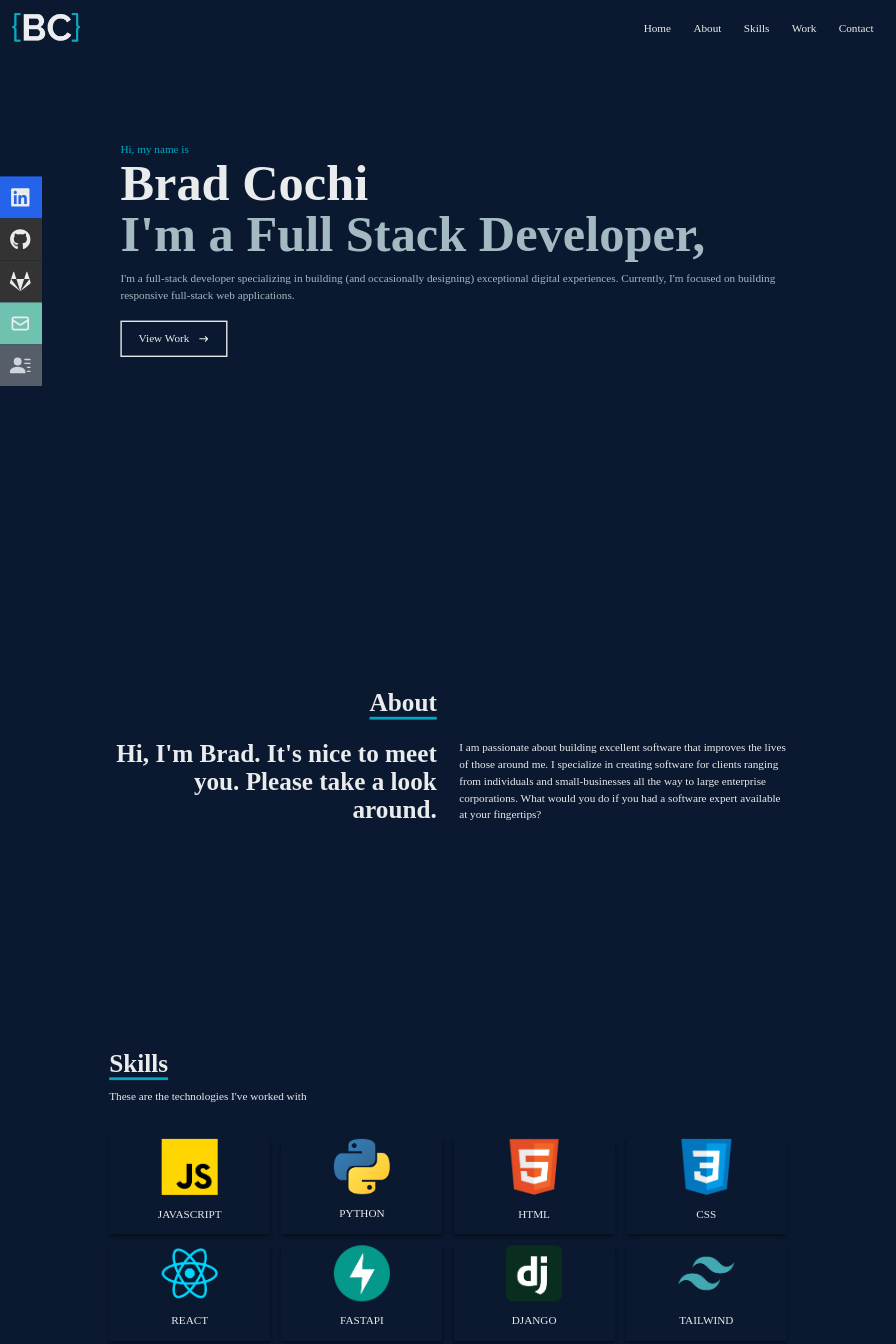
Repository: saramargulies/margulies-portfolio
Page: /
An editor plug-in stored every save of this project. The page is shown before and after the next save, followed by the edit.
The browser window is 1280 px wide. The pictures show the part of the page from y = 0 to 1920 px (the page is 3600 px tall), at 70% of full size.
The project was rebuilt for these pictures with package versions that can differ from the ones it lists, and the page was loaded fresh each time.

Above is the page before, as saved 2023-12-05 12:32:17.

### public/index.html
<!DOCTYPE html>
<html lang="en">
  <head>
    <meta charset="utf-8" />
    <link rel="icon" href="%PUBLIC_URL%/favicon.ico" />
    <meta name="viewport" content="width=device-width, initial-scale=1" />
    <meta name="theme-color" content="#000000" />
    <meta
      name="description"
      content="Web site created using create-react-app"
    />
    <link rel="apple-touch-icon" href="%PUBLIC_URL%/logobluemobile.png" />
    <!--
      manifest.json provides metadata used when your web app is installed on a
      user's mobile device or desktop. See https://developers.google.com/web/fundamentals/web-app-manifest/
    -->
    <link rel="manifest" href="%PUBLIC_URL%/manifest.json" />
    <!--
      Notice the use of %PUBLIC_URL% in the tags above.
      It will be replaced with the URL of the `public` folder during the build.
      Only files inside the `public` folder can be referenced from the HTML.

      Unlike "/favicon.ico" or "favicon.ico", "%PUBLIC_URL%/favicon.ico" will
      work correctly both with client-side routing and a non-root public URL.
      Learn how to configure a non-root public URL by running `npm run build`.
    -->
    <title>Brad Cochi</title>
  </head>
  <body>
    <noscript>You need to enable JavaScript to run this app.</noscript>
    <div id="root"></div>
    <!--
      This HTML file is a template.
      If you open it directly in the browser, you will see an empty page.

      You can add webfonts, meta tags, or analytics to this file.
      The build step will place the bundled scripts into the <body> tag.

      To begin the development, run `npm start` or `yarn start`.
      To create a production bundle, use `npm run build` or `yarn build`.
    -->
  </body>
</html>

### src/App.js
import Navbar from "./components/Navbar";
import Home from "./components/Home";
import About from "./components/About";
import Skills from "./components/Skills";
import Work from "./components/Work";
import Contact from "./components/Contact";
import React, { useEffect } from "react";

function App() {
  useEffect(() => {
    document.title = "Brad Cochi";
  }, []);

  return (
    <div>
      <Navbar />
      <Home />
      <About />
      <Skills />
      <Work />
      <Contact />
    </div>
  );
}

export default App;

### src/components/Navbar.jsx
import React, { useState } from "react";
import {
  FaBars,
  FaTimes,
  FaGithub,
  FaGitlab,
  FaLinkedin,
} from "react-icons/fa";
import { HiOutlineMail } from "react-icons/hi";
import { BsFillPersonLinesFill } from "react-icons/bs";
import Logo from "../assets/logo.png";
import { Link } from "react-scroll";

const Navbar = () => {
  const [nav, setNav] = useState(false);
  const handleClick = () => setNav(!nav);

  return (
    <div className="fixed w-full h-[80px] flex justify-between items-center px-4 bg-[#0a192f] text-[#eaebed]">
      <div>
        <img src={Logo} alt="Logo" style={{ width: "100px" }} />
      </div>

      {/* Menu */}
      <ul className="hidden md:flex">
        <li>
          <Link to="home" smooth={true} duration={500}>
            Home
          </Link>
        </li>
        <li>
          <Link to="about" smooth={true} duration={500}>
            About
          </Link>
        </li>
        <li>
          <Link to="skills" smooth={true} duration={500}>
            Skills
          </Link>
        </li>
        <li>
          <Link to="work" smooth={true} duration={500}>
            Work
          </Link>
        </li>
        <li>
          <Link to="contact" smooth={true} duration={500}>
            Contact
          </Link>
        </li>
      </ul>

      {/* Hamburger */}
      <div onClick={handleClick} className="md:hidden z-10">
        {!nav ? <FaBars /> : <FaTimes />}
      </div>

      {/* Mobile menu */}
      <ul
        className={
          !nav
            ? "hidden"
            : "absolute top-0 left-0 w-full h-screen bg-[#0a192f] flex flex-col justify-center items-center"
        }
      >
        <li className="py-4 text-3xl">
          <Link onClick={handleClick} to="home" smooth={true} duration={500}>
            Home
          </Link>
        </li>
        <li className="py-4 text-3xl">
          <Link onClick={handleClick} to="about" smooth={true} duration={500}>
            About
          </Link>
        </li>
        <li className="py-4 text-3xl">
          <Link onClick={handleClick} to="skills" smooth={true} duration={500}>
            Skills
          </Link>
        </li>
        <li className="py-4 text-3xl">
          <Link onClick={handleClick} to="work" smooth={true} duration={500}>
            Work
          </Link>
        </li>
        <li className="py-4 text-3xl">
          <a
            className="flex justify-between items-center w-full text-gray-300"
            href="https://www.linkedin.com/in/brad-cochi/"
            target="_blank"
            rel="noopener noreferrer"
          >
            LinkedIn
          </a>
        </li>
        <li className="py-4 text-3xl">
          <a
            className="flex justify-between items-center w-full text-gray-300"
            href="https://docs.google.com/document/d/1NIh6wLXZUbtdGNBN_J33L0a28H9_5nH7budXHrZ2_Uo/edit"
            target="_blank"
            rel="noopener noreferrer"
          >
            Resume
          </a>
        </li>
        <li className="py-4 text-3xl">
          <a
            className="flex justify-between items-center w-full text-gray-300"
            href="https://github.com/bradcochi"
            target="_blank"
            rel="noopener noreferrer"
          >
            GitHub
          </a>
        </li>
        <li className="py-4 text-3xl">
          <a
            className="flex justify-between items-center w-full text-gray-300"
            href="https://gitlab.com/bradcochi"
            target="_blank"
            rel="noopener noreferrer"
          >
            GitLab
          </a>
        </li>
        <li className="py-4 text-3xl">
          <Link onClick={handleClick} to="contact" smooth={true} duration={500}>
            Contact
          </Link>
        </li>
      </ul>

      {/* Social icons */}
      <div className="hidden lg:flex fixed flex-col top-[35%] left-0">
        <ul>
          <li className="w-[160px] h-[60px] flex justify-between items-center ml-[-100px] hover:ml-[-10px] duration-300 bg-blue-600">
            <a
              className="flex justify-between items-center w-full text-[#eaebed]"
              href="https://www.linkedin.com/in/brad-cochi/"
              target="_blank"
              rel="noopener noreferrer"
            >
              LinkedIn <FaLinkedin size={30} />
            </a>
          </li>
          <li className="w-[160px] h-[60px] flex justify-between items-center ml-[-100px] hover:ml-[-10px] duration-300 bg-[#333333]">
            <a
              className="flex justify-between items-center w-full text-[#eaebed]"
              href="https://github.com/bradcochi"
              target="_blank"
              rel="noopener noreferrer"
            >
              GitHub <FaGithub size={30} />
            </a>
          </li>
          <li className="w-[160px] h-[60px] flex justify-between items-center ml-[-100px] hover:ml-[-10px] duration-300 bg-[#333333]">
            <a
              className="flex justify-between items-center w-full text-[#eaebed]"
              href="https://gitlab.com/bradcochi"
              target="_blank"
              rel="noopener noreferrer"
            >
              GitLab <FaGitlab size={30} />
            </a>
          </li>
          <li className="w-[160px] h-[60px] flex justify-between items-center ml-[-100px] hover:ml-[-10px] duration-300 bg-[#6fc2b0]">
            <Link
              to="contact"
              smooth={true}
              duration={500}
              className="flex justify-between items-center w-full text-[#eaebed]"
            >
              Email <HiOutlineMail size={30} />
            </Link>
          </li>
          <li className="w-[160px] h-[60px] flex justify-between items-center ml-[-100px] hover:ml-[-10px] duration-300 bg-[#565f69]">
            <a
              className="flex justify-between items-center w-full text-gray-300"
              href="https://docs.google.com/document/d/1NIh6wLXZUbtdGNBN_J33L0a28H9_5nH7budXHrZ2_Uo/edit"
              target="_blank"
              rel="noopener noreferrer"
            >
              Resume <BsFillPersonLinesFill size={30} />
            </a>
          </li>
          {/* need to add GitLab */}
        </ul>
      </div>
    </div>
  );
};

export default Navbar;

### src/components/Home.jsx
import React from "react";
import { HiArrowNarrowRight } from "react-icons/hi";
import { Link } from "react-scroll";

const Home = () => {
  return (
    <div name="home" className="w-full h-screen bg-[#0a192f]">
      {/* Container */}
      <div className="max-w-[1000px] mx-auto px-8 flex flex-col justify-center h-full">
        <p className="text-[#01a7c2]">Hi, my name is</p>
        <h1 className="text-4xl sm:text-7xl font-bold text-[#eaebed]">
          Brad Cochi
        </h1>
        <h2 className="text-4xl sm:text-7xl font-bold text-[#a3bac3]">
          I'm a Full Stack Developer,
        </h2>
        {/* Update the description in <p> tag to something personal */}
        <p className="text-[#a3bac3] py-4 max-w-700px">
          I'm a full-stack developer specializing in building (and occasionally
          designing) exceptional digital experiences. Currently, I'm focused on
          building responsive full-stack web applications.
        </p>
        <div>
          <Link to="work" smooth={true} duration={500}>
            <button className="text-[#eaebed] group border-2 px-6 py-3 my-2 flex items-center hover:bg-[#01a7c2] hover:border-[#01a7c2]">
              View Work
              <span className="group-hover:rotate-90 duration-300">
                <HiArrowNarrowRight className="ml-3" />
              </span>
            </button>
          </Link>
        </div>
      </div>
    </div>
  );
};

export default Home;

### src/components/About.jsx
import React from "react";

const About = () => {
  return (
    <div name="about" className="w-full h-screen bg-[#0a192f] text-[#eaebed]">
      <div className="flex flex-col justify-center items-center w-full h-full">
        <div className="max-w-[1000px] w-full grid grid-cols-2 gap-8">
          <div className="sm:text-right pb-8 pl-4">
            <p className="text-4xl font-bold inline border-b-4 border-[#01a7c2]">
              About
            </p>
          </div>
          <div></div>
        </div>
        <div className="max-w-[1000px] w-full grid sm:grid-cols-2 gap-8 px-4">
          <div className="sm:text-right text-4xl font-bold">
            <p>
              Hi, I'm Brad. It's nice to meet you. Please take a look around.
            </p>
          </div>
          <div>
            <p>
              I am passionate about building excellent software that improves
              the lives of those around me. I specialize in creating software
              for clients ranging from individuals and small-businesses all the
              way to large enterprise corporations. What would you do if you had
              a software expert available at your fingertips?
            </p>
          </div>
        </div>
      </div>
    </div>
  );
};

export default About;

### src/components/Skills.jsx
import React from "react";
import HTML from "../assets/html.png";
import CSS from "../assets/css.png";
import JavaScript from "../assets/javascript.png";
import Python from "../assets/python.png";
import ReactImg from "../assets/react.png";
import Django from "../assets/django.png";
import FastAPI from "../assets/fastapi.png";
import Tailwind from "../assets/tailwind.png";
import Bootstrap from "../assets/bootstrap.png";
import Mongo from "../assets/mongo.png";
import PostgreSQL from "../assets/postgresql.png";
import Docker from "../assets/docker.png";

const Skills = () => {
  return (
    <div
      name="skills"
      className="w-full min-h-screen flex items-center bg-[#0a192f] text-[#eaebed]"
    >
      {/* container */}
      <div className="max-w-[1000px] mx-auto p-4 flex flex-col justify-center w-full h-full">
        <div>
          <p className="text-4xl font-bold inline border-b-4 border-[#01a7c2]">
            Skills
          </p>
          <p className="py-4">These are the technologies I've worked with</p>
        </div>
        <div className="w-full grid grid-cols-2 sm:grid-cols-4 gap-4 text-center py-8">
          <div className="shadow-md shadow-[#040c16] hover:scale-110 duration-500">
            <img
              className="w-20 mx-auto"
              src={JavaScript}
              alt="JavaScript icon"
            />
            <p className="my-4">JAVASCRIPT</p>
          </div>
          <div className="shadow-md shadow-[#040c16] hover:scale-110 duration-500">
            <img className="w-20 mx-auto" src={Python} alt="Python icon" />
            <p className="my-4">PYTHON</p>
          </div>
          <div className="shadow-md shadow-[#040c16] hover:scale-110 duration-500">
            <img className="w-20 mx-auto" src={HTML} alt="HTML icon" />
            <p className="my-4">HTML</p>
          </div>
          <div className="shadow-md shadow-[#040c16] hover:scale-110 duration-500">
            <img className="w-20 mx-auto" src={CSS} alt="CSS icon" />
            <p className="my-4">CSS</p>
          </div>

          <div className="shadow-md shadow-[#040c16] hover:scale-110 duration-500">
            <img className="w-20 mx-auto" src={ReactImg} alt="React icon" />
            <p className="my-4">REACT</p>
          </div>
          <div className="shadow-md shadow-[#040c16] hover:scale-110 duration-500">
            <img className="w-20 mx-auto" src={FastAPI} alt="FastAPI icon" />
            <p className="my-4">FASTAPI</p>
          </div>
          <div className="shadow-md shadow-[#040c16] hover:scale-110 duration-500">
            <img className="w-20 mx-auto" src={Django} alt="Django icon" />
            <p className="my-4">DJANGO</p>
          </div>
          <div className="shadow-md shadow-[#040c16] hover:scale-110 duration-500">
            <img className="w-20 mx-auto" src={Tailwind} alt="Tailwind icon" />
            <p className="my-4">TAILWIND</p>
          </div>
          <div className="shadow-md shadow-[#040c16] hover:scale-110 duration-500">
            <img
              className="w-20 mx-auto"
              src={Bootstrap}
              alt="Bootstrap icon"
            />
            <p className="my-4">BOOTSTRAP</p>
          </div>
          <div className="shadow-md shadow-[#040c16] hover:scale-110 duration-500">
            <img className="w-20 mx-auto" src={Mongo} alt="Mongo DB icon" />
            <p className="my-4">MONGO DB</p>
          </div>
          <div className="shadow-md shadow-[#040c16] hover:scale-110 duration-500">
            <img
              className="w-20 mx-auto"
              src={PostgreSQL}
              alt="PostgreSQL icon"
            />
            <p className="my-4">POSTGRESQL</p>
          </div>
          <div className="shadow-md shadow-[#040c16] hover:scale-110 duration-500">
            <img className="w-20 mx-auto" src={Docker} alt="Docker icon" />
            <p className="my-4">DOCKER</p>
          </div>
        </div>
      </div>
    </div>
  );
};

export default Skills;

### src/components/Work.jsx
import React from "react";
import NPDBImg from "../assets/projects/NPDBImg.png";

const Work = () => {
  return (
    <div
      name="work"
      className="w-full md:min-h-screen flex items-center text-[#eaebed] bg-[#0a192f]"
    >
      <div className="max-w-[1000px] mx-auto p-4 flex flex-col justify-center w-full h-full">
        <div className="pb-8">
          <p className="text-4xl font-bold online border-b-4 text-[#eaebed] border-[#01a7c2]">
            Work
          </p>
          <p className="py-6">Check out some of my recent work</p>
        </div>

        {/* Container */}
        <div className="grid sm:grid-cols-2 md:grid-cols-3 gap-4">
          {/* Grid Item */}
          <div
            style={{ backgroundImage: `url(${NPDBImg})` }}
            className="shadow-lg shadow-[#040c16] group container rounded-md flex justify-center items-center mx-auto content-div"
          >
            {/* Hover Effects */}
            <div className="opacity-0 group-hover:opacity-100">
              <span className="text-2xl font-bold text-[#eaebed] track-wider">
                React JS Application
              </span>
              <div className="pt-8 text-center">
                <a
                  href="https://saramargs.gitlab.io/npdt/"
                  target="_blank"
                  rel="noopener noreferrer"
                >
                  <button className="text-center rounded-lg px-4 py-3 m-2 bg-[#eaebed] text-gray-700 font-bold text-lg">
                    Demo
                  </button>
                </a>
                <a
                  href="https://gitlab.com/saramargs/npdt"
                  target="_blank"
                  rel="noopener noreferrer"
                >
                  <button className="text-center rounded-lg px-4 py-3 m-2 bg-[#eaebed] text-gray-700 font-bold text-lg">
                    Code
                  </button>
                </a>
              </div>
            </div>
          </div>
        </div>
      </div>
    </div>
  );
};

export default Work;

### src/components/Contact.jsx
import React from "react";

const Contact = () => {
  return (
    <div
      name="contact"
      className="w-full min-h-screen bg-[#0a192f] flex justify-center items-center"
    >
      <form
        method="POST"
        action="https://getform.io/f/15822fa6-c7ff-455a-a9fe-c3d2c82dc92a"
        className="flex flex-col max-w-[600px] w-full p-4"
      >
        <div className="pb-8">
          <p className="text-4xl font-bold inline border-b-4 border-[#01a7c2] text-[#eaebed]">
            Contact
          </p>
          <p className="text-[#eaebed] py-4">
            Submit the form below or shoot me an email at bradcochi@gmail.com
          </p>
        </div>
        <input
          className="p-2 bg-[#ccd6f6]"
          type="text"
          placeholder="Name"
          name="name"
        />
        <input
          className="my-4 p-2 bg-[#ccd6f6]"
          type="email"
          placeholder="Email"
          name="email"
        />
        <textarea
          className="p-2 bg-[#ccd6f6]"
          name="message"
          rows="10"
          placeholder="Message"
        />
        <button className="text-[#eaebed] border-2 px-4 py-3 my-8 mx-auto flex items-center hover:bg-[#01a7c2] hover:border-[#01a7c2]">
          Let's Collaborate
        </button>
      </form>
    </div>
  );
};

export default Contact;

Loaded but not shown: src/index.js (common file); src/index.css (common file); tailwind.config.js (common file)

After the next save:
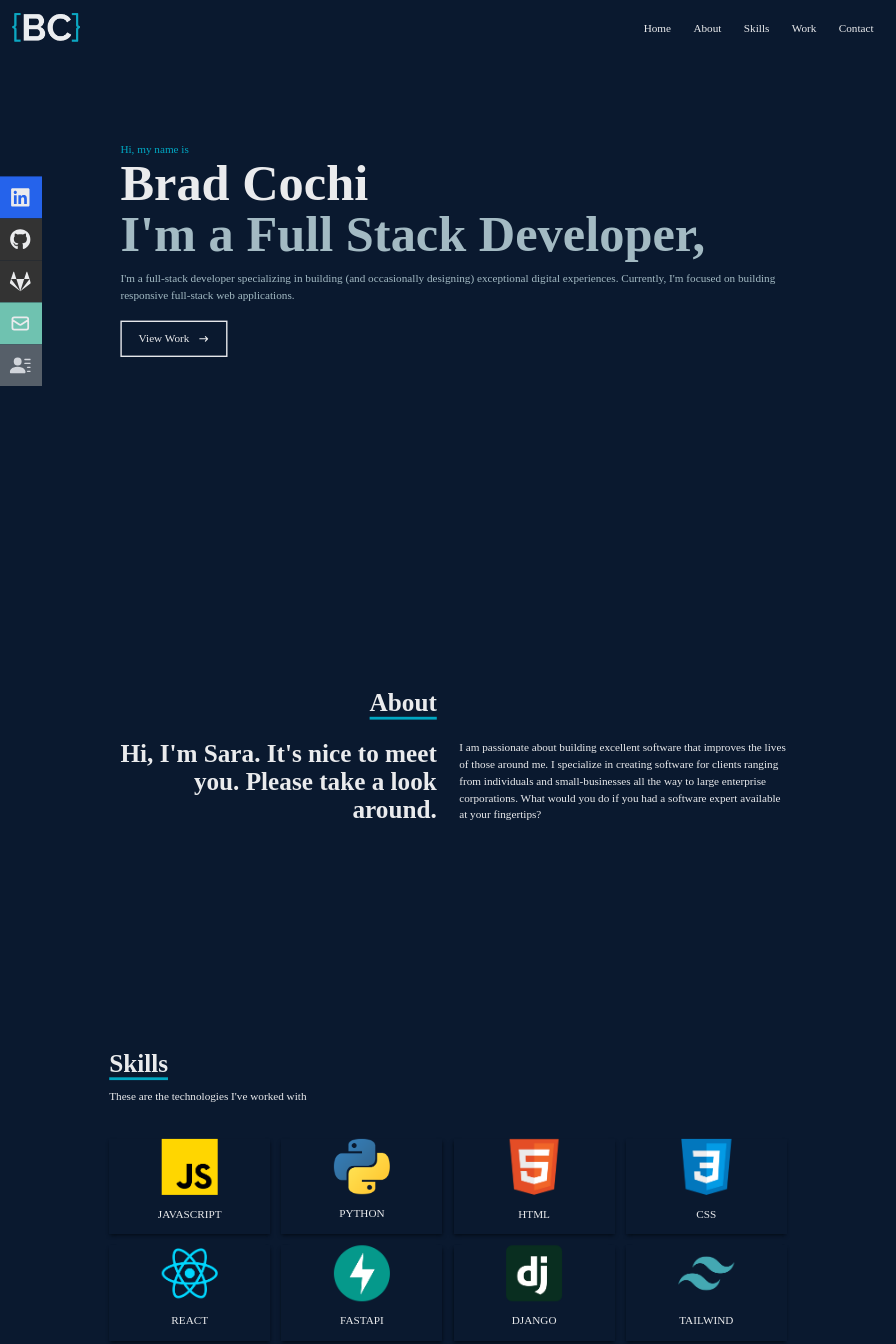
Saved 5 min 45 s later.
--- a/src/components/About.jsx
+++ b/src/components/About.jsx
@@ -15,7 +15,7 @@
         <div className="max-w-[1000px] w-full grid sm:grid-cols-2 gap-8 px-4">
           <div className="sm:text-right text-4xl font-bold">
             <p>
-              Hi, I'm Brad. It's nice to meet you. Please take a look around.
+              Hi, I'm Sara. It's nice to meet you. Please take a look around.
             </p>
           </div>
           <div>
